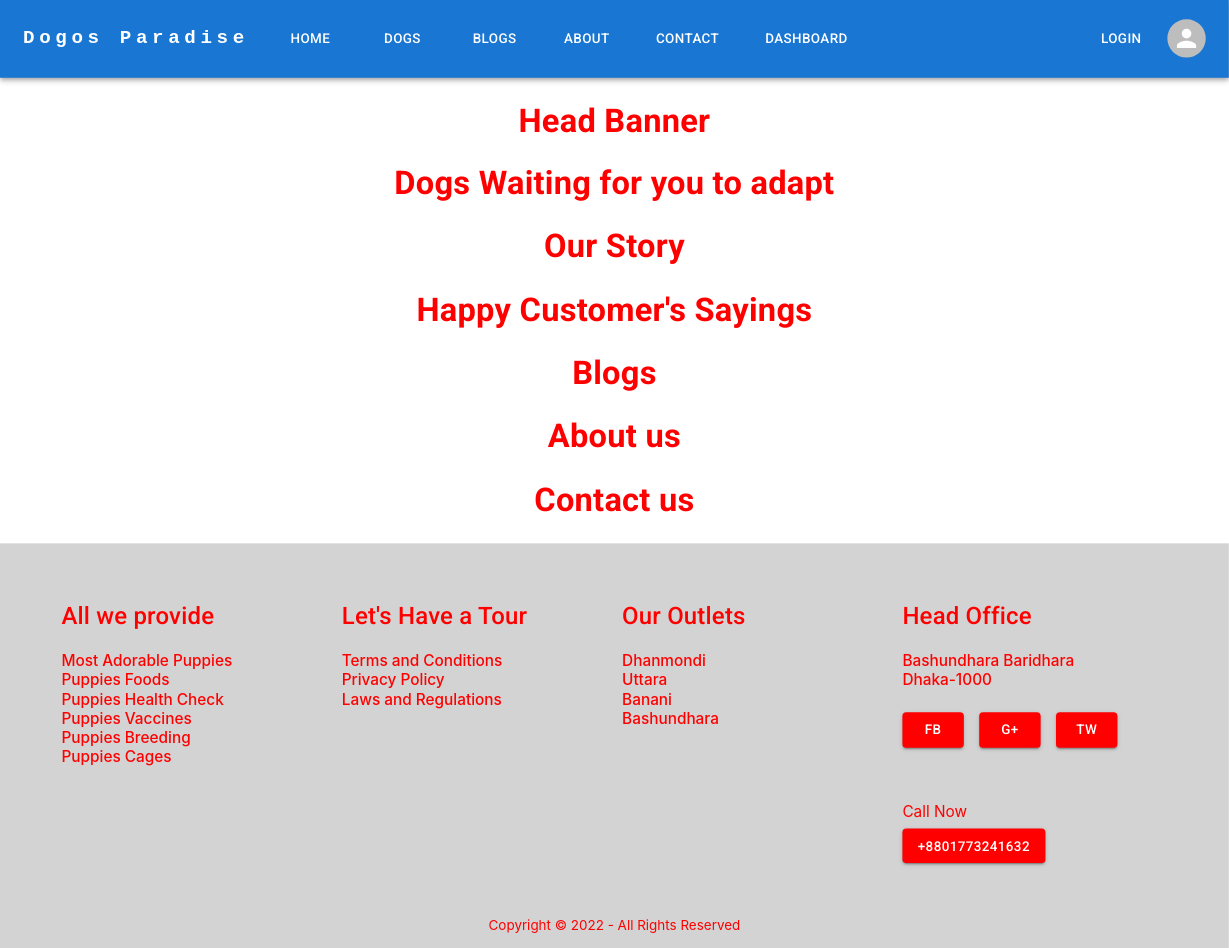
Repository: Sharif-00112/dogos-paradise-client
Page: /
An editor plug-in stored every save of this project. The page is shown before and after the next save, followed by the edit.
The browser window is 1280 px wide. The pictures show the whole page, at 96% of full size.
The project was rebuilt for these pictures with package versions that can differ from the ones it lists, and the page was loaded fresh each time. Also part of the build but not shown: src/Pages/Login/Login/Login.js, src/Pages/Login/Register/Register.js, src/Pages/NotFound/NotFound.js.

Above is the page before, as saved 2022-11-30 23:28:24.

After the next save:
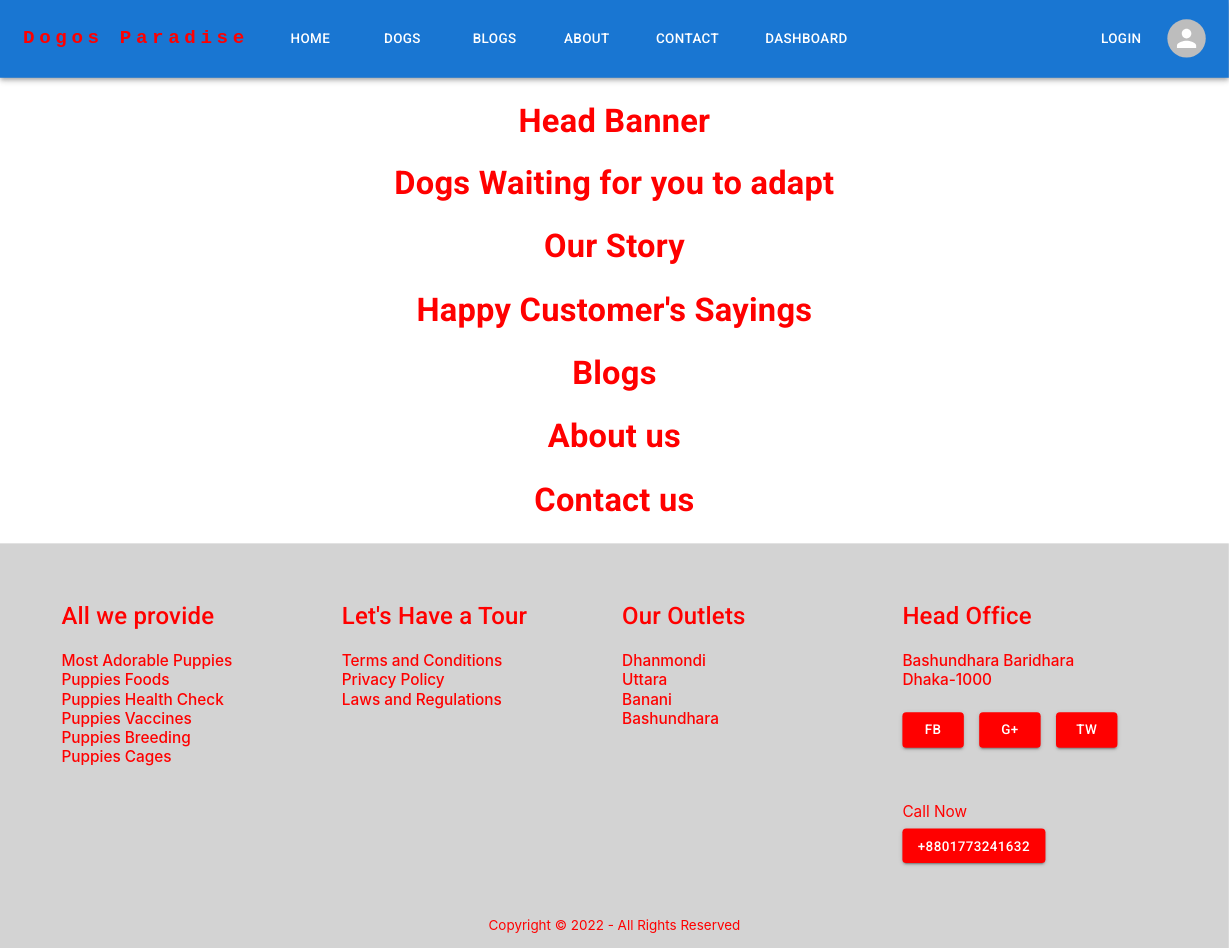
Saved 3 min 34 s later.
--- a/src/Pages/Shared/Navigation/Navigation.js
+++ b/src/Pages/Shared/Navigation/Navigation.js
@@ -101,7 +101,7 @@
                         fontFamily: 'monospace',
                         fontWeight: 700,
                         letterSpacing: '.3rem',
-                        color: 'inherit',
+                        color: 'red',
                         textDecoration: 'none',
                         }}
                     >

After the save that followed:
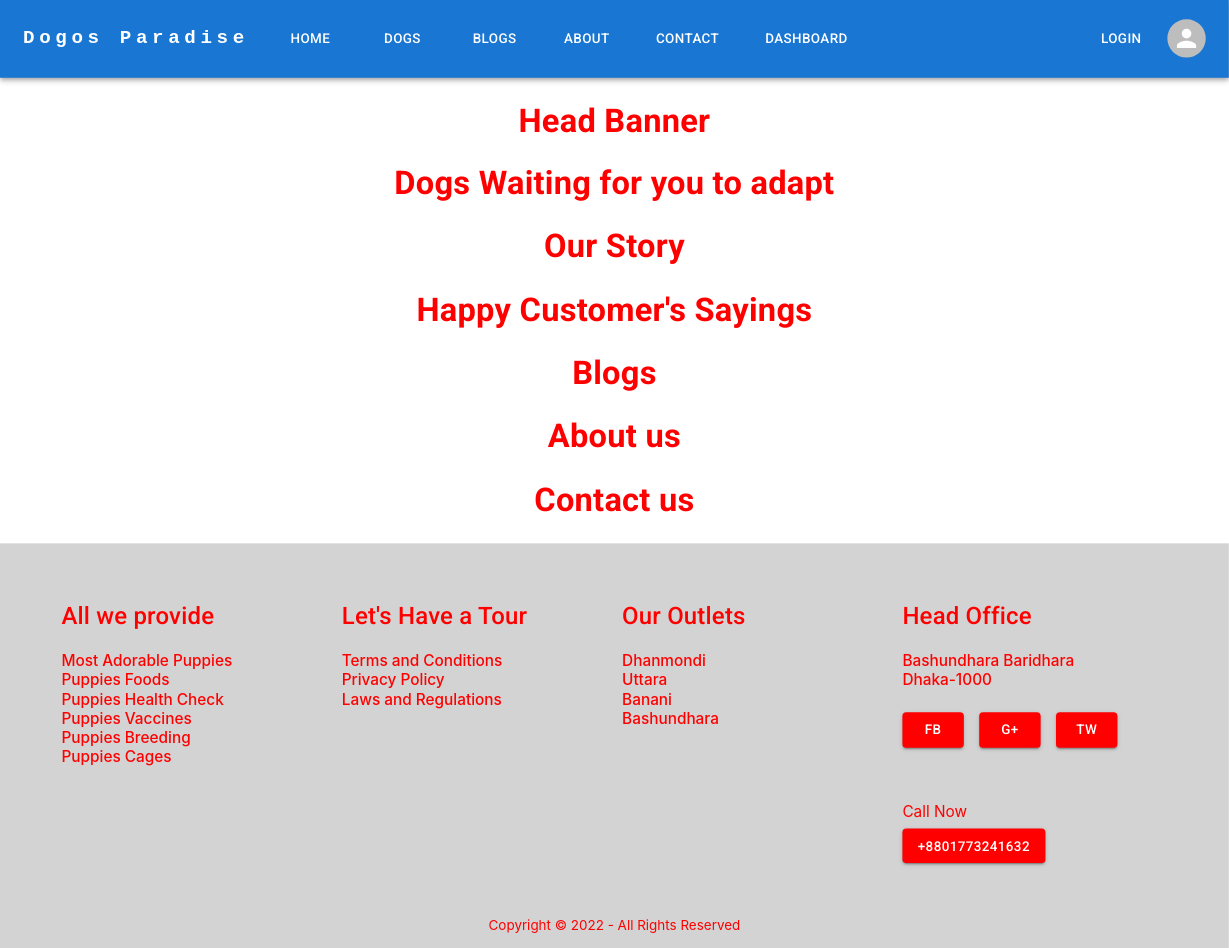
Saved 17 s later.
--- a/src/Pages/Shared/Navigation/Navigation.js
+++ b/src/Pages/Shared/Navigation/Navigation.js
@@ -101,7 +101,7 @@
                         fontFamily: 'monospace',
                         fontWeight: 700,
                         letterSpacing: '.3rem',
-                        color: 'red',
+                        color: 'inherit',
                         textDecoration: 'none',
                         }}
                     >
